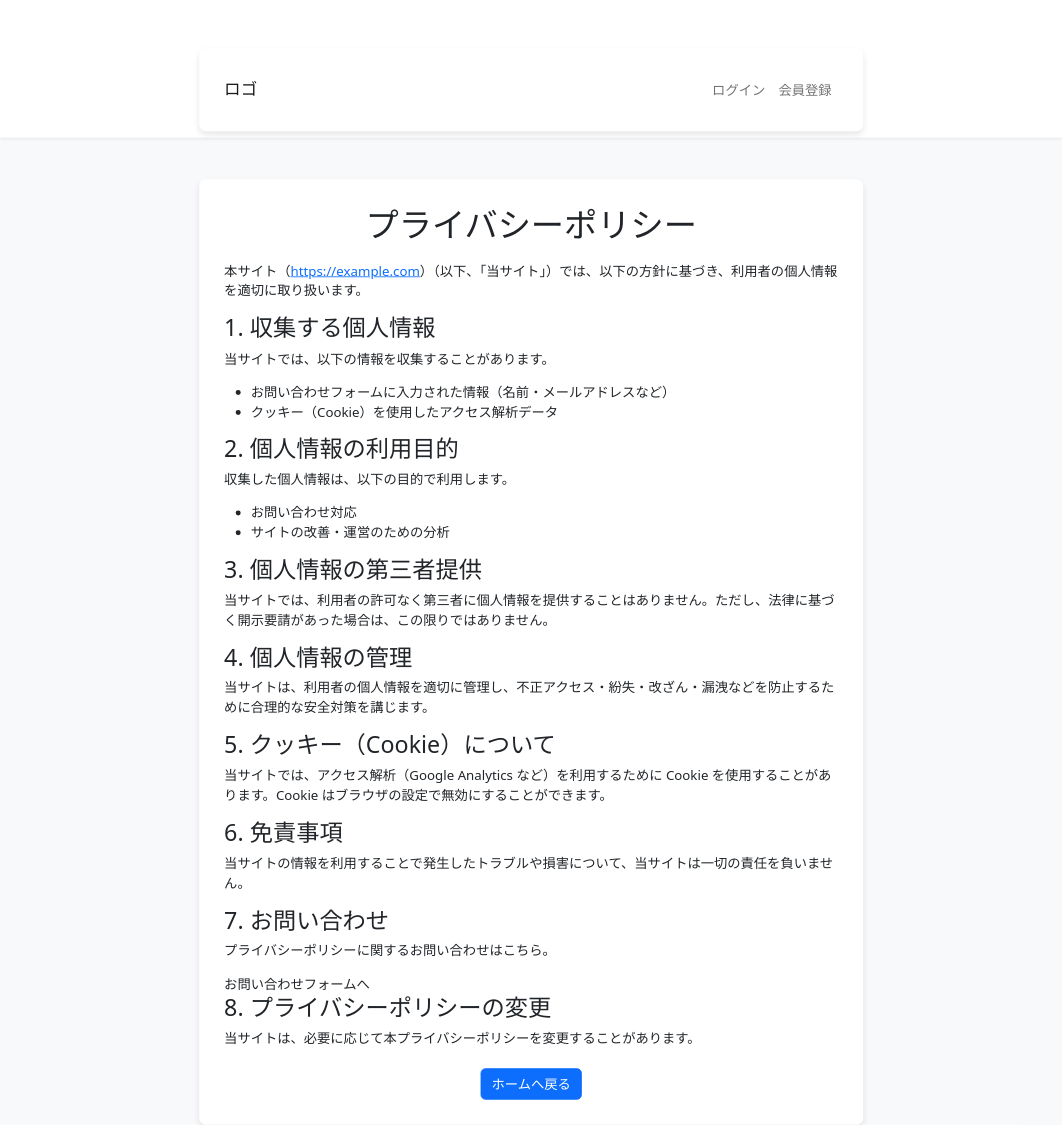
Repository: masa1228ew/original
Page: http://localhost/auth/privacy
The author's editor kept a copy of each file at every save. The page is drawn from the files as they stood at one save, then again after the next save.
The browser window is 1280 px wide. The pictures show the whole page, at 83% of full size.
The page is this project's Thymeleaf template; nobody is signed in. The template is opened directly, without the code that normally fills it, so the values that code supplies are empty.

Above is the page before, as saved 2025-02-16 14:42:59.

### original/original/src/main/resources/templates/auth/privacy.html
<!DOCTYPE html>
<html lang="ja">
<head>
    <meta charset="UTF-8">
    <meta name="viewport" content="width=device-width, initial-scale=1">
    <title>プライバシーポリシー</title>
    <link href="https://cdn.jsdelivr.net/npm/bootstrap@5.2.3/dist/css/bootstrap.min.css" rel="stylesheet">
    <style>
        body {
            background-color: #f8f9fa;
        }
        .container {
            max-width: 800px;
            background: white;
            padding: 30px;
            margin-top: 50px;
            border-radius: 8px;
            box-shadow: 0 4px 8px rgba(0, 0, 0, 0.1);
        }
        h1 {
            text-align: center;
            margin-bottom: 20px;
        }
    </style>
</head>
<body>
	<div class="wrapper">
		 <div th:replace="~{fragment :: header}"></div>
		<main>
    <div class="container">
        <h1>プライバシーポリシー</h1>

        <p>本サイト（<a href="https://example.com">https://example.com</a>）（以下、「当サイト」）では、以下の方針に基づき、利用者の個人情報を適切に取り扱います。</p>

        <h3>1. 収集する個人情報</h3>
        <p>当サイトでは、以下の情報を収集することがあります。</p>
        <ul>
            <li>お問い合わせフォームに入力された情報（名前・メールアドレスなど）</li>
            <li>クッキー（Cookie）を使用したアクセス解析データ</li>
        </ul>

        <h3>2. 個人情報の利用目的</h3>
        <p>収集した個人情報は、以下の目的で利用します。</p>
        <ul>
            <li>お問い合わせ対応</li>
            <li>サイトの改善・運営のための分析</li>
        </ul>

        <h3>3. 個人情報の第三者提供</h3>
        <p>当サイトでは、利用者の許可なく第三者に個人情報を提供することはありません。ただし、法律に基づく開示要請があった場合は、この限りではありません。</p>

        <h3>4. 個人情報の管理</h3>
        <p>当サイトは、利用者の個人情報を適切に管理し、不正アクセス・紛失・改ざん・漏洩などを防止するために合理的な安全対策を講じます。</p>

        <h3>5. クッキー（Cookie）について</h3>
        <p>当サイトでは、アクセス解析（Google Analytics など）を利用するために Cookie を使用することがあります。Cookie はブラウザの設定で無効にすることができます。</p>

        <h3>6. 免責事項</h3>
        <p>当サイトの情報を利用することで発生したトラブルや損害について、当サイトは一切の責任を負いません。</p>

        <h3>7. お問い合わせ</h3>
        <p>プライバシーポリシーに関するお問い合わせはこちら。</p>
				<a class="nav-link" th:href="@{/inquiry}">お問い合わせフォームへ</a>



        <h3>8. プライバシーポリシーの変更</h3>
        <p>当サイトは、必要に応じて本プライバシーポリシーを変更することがあります。</p>

        <div class="text-center mt-4">
            <a href="/" class="btn btn-primary">ホームへ戻る</a>
        </div>
    </div>
		</main>
	</div>

    <script src="https://cdn.jsdelivr.net/npm/bootstrap@5.2.3/dist/js/bootstrap.bundle.min.js"></script>
</body>
</html>

### original/original/src/main/resources/templates/fragment.html
<!DOCTYPE html>
<html  xmlns:th="https://www.thymeleaf.org">
	<head>
		 <div th:fragment="meta" th:remove="tag">
             <meta charset="UTF-8">
             <meta name="viewport" content="width=device-width, initial-scale=1">
         </div>

         <div th:fragment="header" th:remove="tag">
            <nav class="navbar navbar-expand-md navbar-light bg-white shadow-sm samuraitravel-navbar">
                <div class="container samuraitravel-container">
                    <a class="navbar-brand" th:href="@{/}">
                        ロゴ
                    </a>

                    <button class="navbar-toggler" type="button" data-bs-toggle="collapse" data-bs-target="#navbarSupportedContent" aria-controls="navbarSupportedContent" aria-expanded="false" aria-label="Toggle navigation">
                        <span class="navbar-toggler-icon"></span>
                    </button>

                    <div class="collapse navbar-collapse" id="navbarSupportedContent">
                       <ul class="navbar-nav ms-auto">
    <!-- 未ログインであれば表示する -->
    <li class="nav-item" sec:authorize="isAnonymous()">
        <a class="nav-link" th:href="@{/login}">ログイン</a>
    </li>
    <li class="nav-item" sec:authorize="isAnonymous()">
        <a class="nav-link" th:href="@{/signup}">会員登録</a>
    </li>

    <!-- ログイン済みであれば表示する -->
    <li class="nav-item dropdown" sec:authorize="isAuthenticated()">
        <!-- ドロップダウンを開くためのボタン -->
        <a class="nav-link dropdown-toggle" href="#" id="navbarDropdownGeneral" role="button" data-bs-toggle="dropdown" aria-expanded="false">
            メニュー
        </a>
        <!-- ドロップダウンメニュー -->
        <ul class="dropdown-menu dropdown-menu-end" aria-labelledby="navbarDropdownGeneral">
            <li>
                <a class="dropdown-item samuraitravel-dropdown-item" th:href="@{/logout}"
                   onclick="event.preventDefault(); document.getElementById('logout-form').submit();">
                    ログアウト
                </a>
            </li>

			<li>
				<a class="dropdown-item samuraitravel-dropdown-item" th:href="@{/privacy}">
					プライバシーポリシー
				</a>
			</li>
			<li>
				<a class="dropdown-item samuraitravel-dropdown-item" th:href="@{/inquiry}">
					お問い合わせ
				</a>
			</li>
        </ul>
        <form class="d-none" id="logout-form" th:action="@{/logout}" method="post"></form>
    </li>
</ul>
                    </div>
                </div>
            </nav>
        </div>
	</head>
	<body>
		 <div th:fragment="scripts" th:remove="tag">
           <!-- Bootstrap -->
           <script src="https://cdn.jsdelivr.net/npm/bootstrap@5.2.3/dist/js/bootstrap.bundle.min.js" integrity="sha384-kenU1KFdBIe4zVF0s0G1M5b4hcpxyD9F7jL+jjXkk+Q2h455rYXK/7HAuoJl+0I4" crossorigin="anonymous"></script>
       </div>
	</body>
</html>

After the next save:
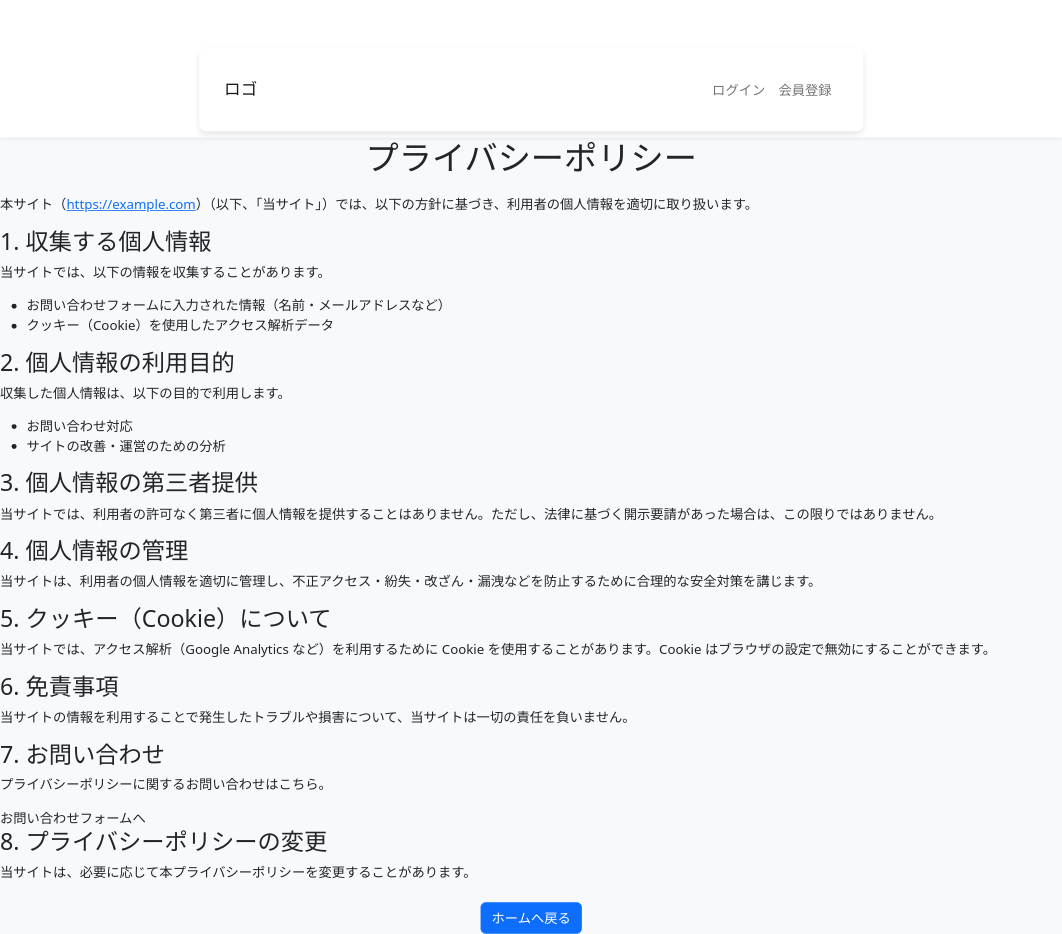
Saved 55 s later.
--- a/original/original/src/main/resources/templates/auth/privacy.html
+++ b/original/original/src/main/resources/templates/auth/privacy.html
@@ -27,7 +27,8 @@
 	<div class="wrapper">
 		 <div th:replace="~{fragment :: header}"></div>
 		<main>
-    <div class="container">
+<!--    <div class="container">-->
+		<div>
         <h1>プライバシーポリシー</h1>
 
         <p>本サイト（<a href="https://example.com">https://example.com</a>）（以下、「当サイト」）では、以下の方針に基づき、利用者の個人情報を適切に取り扱います。</p>

After the save that followed:
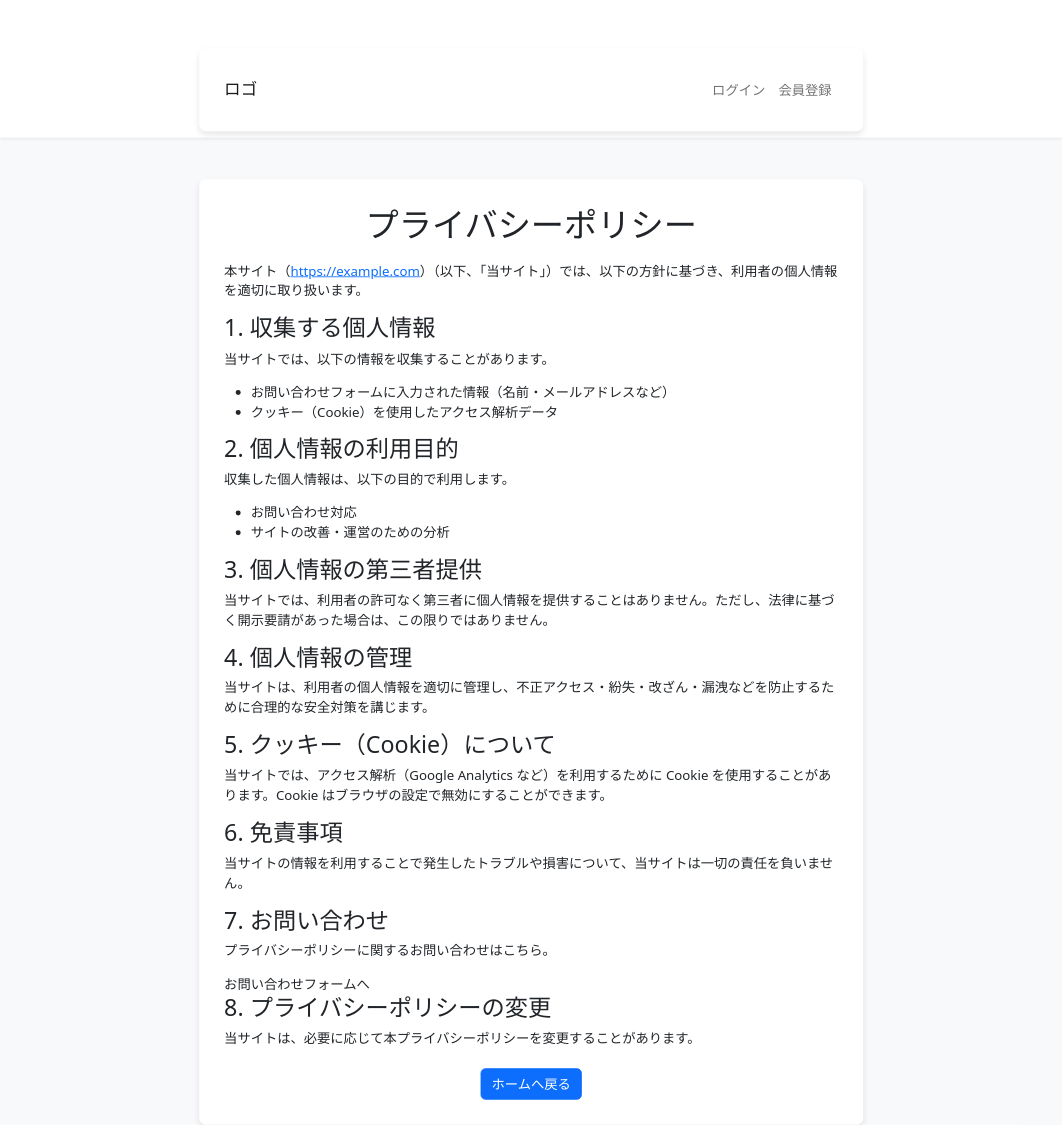
Saved 9 s later.
--- a/original/original/src/main/resources/templates/auth/privacy.html
+++ b/original/original/src/main/resources/templates/auth/privacy.html
@@ -27,8 +27,8 @@
 	<div class="wrapper">
 		 <div th:replace="~{fragment :: header}"></div>
 		<main>
-<!--    <div class="container">-->
-		<div>
+    <div class="container">
+<!--		<div>-->
         <h1>プライバシーポリシー</h1>
 
         <p>本サイト（<a href="https://example.com">https://example.com</a>）（以下、「当サイト」）では、以下の方針に基づき、利用者の個人情報を適切に取り扱います。</p>
